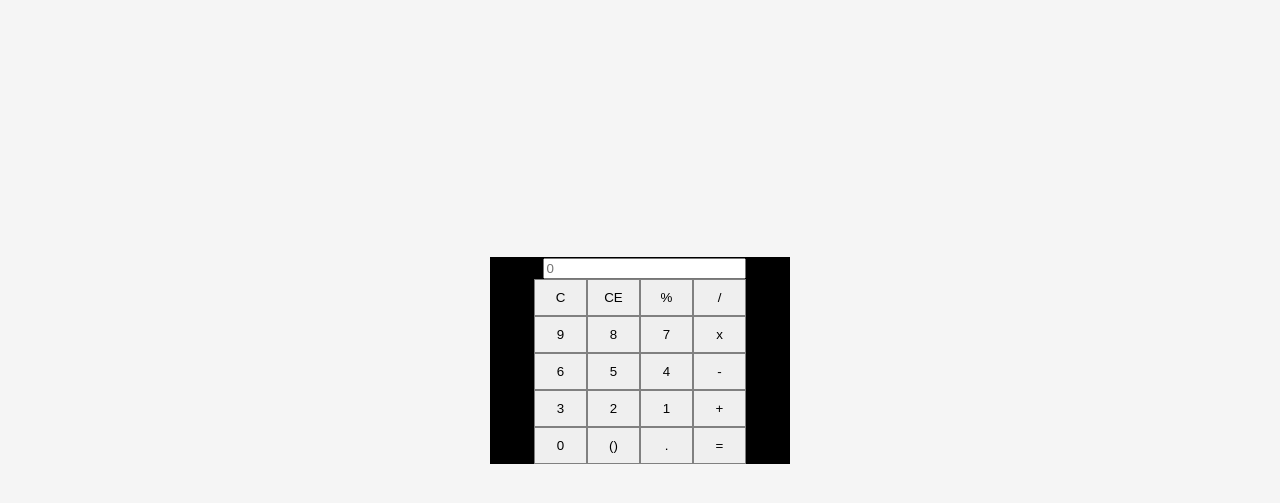
Repository: latenightsnacc/React-Projects
Page: / (app in calculator/)
These files come from the project's save history. The page is drawn as it stood at one moment and after the next save; the edit follows.
The browser window is 1280 px wide. The pictures show the whole page.
The project was rebuilt for these pictures with package versions that can differ from the ones it lists, and the page was loaded fresh each time.

Above is the page before, as saved 2020-07-01 13:56:47.

After the next save:
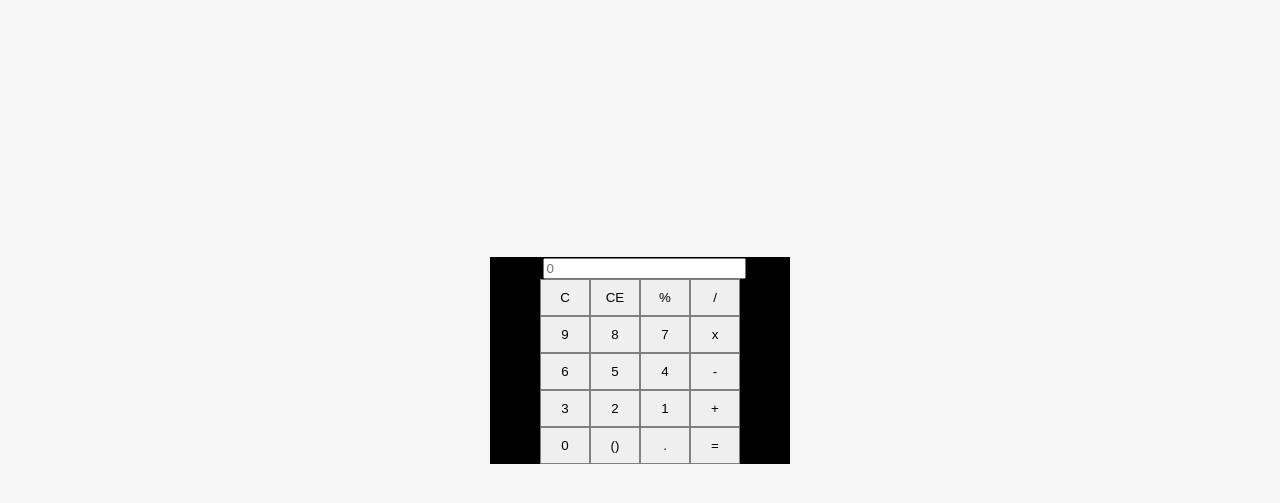
Saved 9 s later.
--- a/calculator/src/Styles/Buttons.scss
+++ b/calculator/src/Styles/Buttons.scss
@@ -1,7 +1,7 @@
 .Buttons {
     .button {
         padding: 10px;
-        width: 53px;
+        width: 50px;
         color: black;
         border: 1px solid grey;
     }
